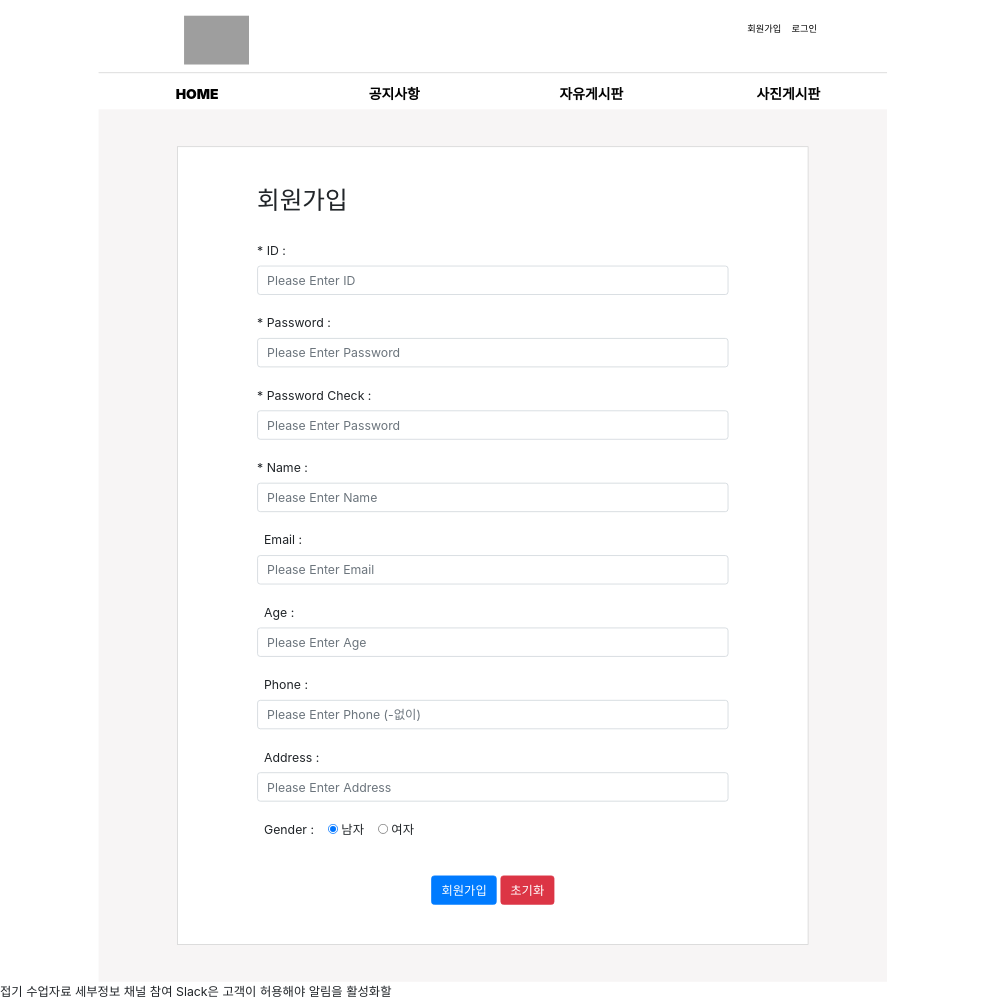
Repository: kimpilgyu0214/new_class
Page: http://localhost/springProject/WEB-INF/views/member/enrollForm.jsp
An editor plug-in stored every save of this project. The page is shown before and after the next save, followed by the edit.
The browser window is 1280 px wide. The pictures show the whole page, at 77% of full size.
Pictures or frames that could not be fetched are drawn as grey boxes. The page is served by Tomcat 9. Nobody is signed in. The template is opened directly, without the code that normally fills it, so the values that code supplies are empty.

Above is the page before, as saved 2024-06-18 00:42:01.

After the next save:
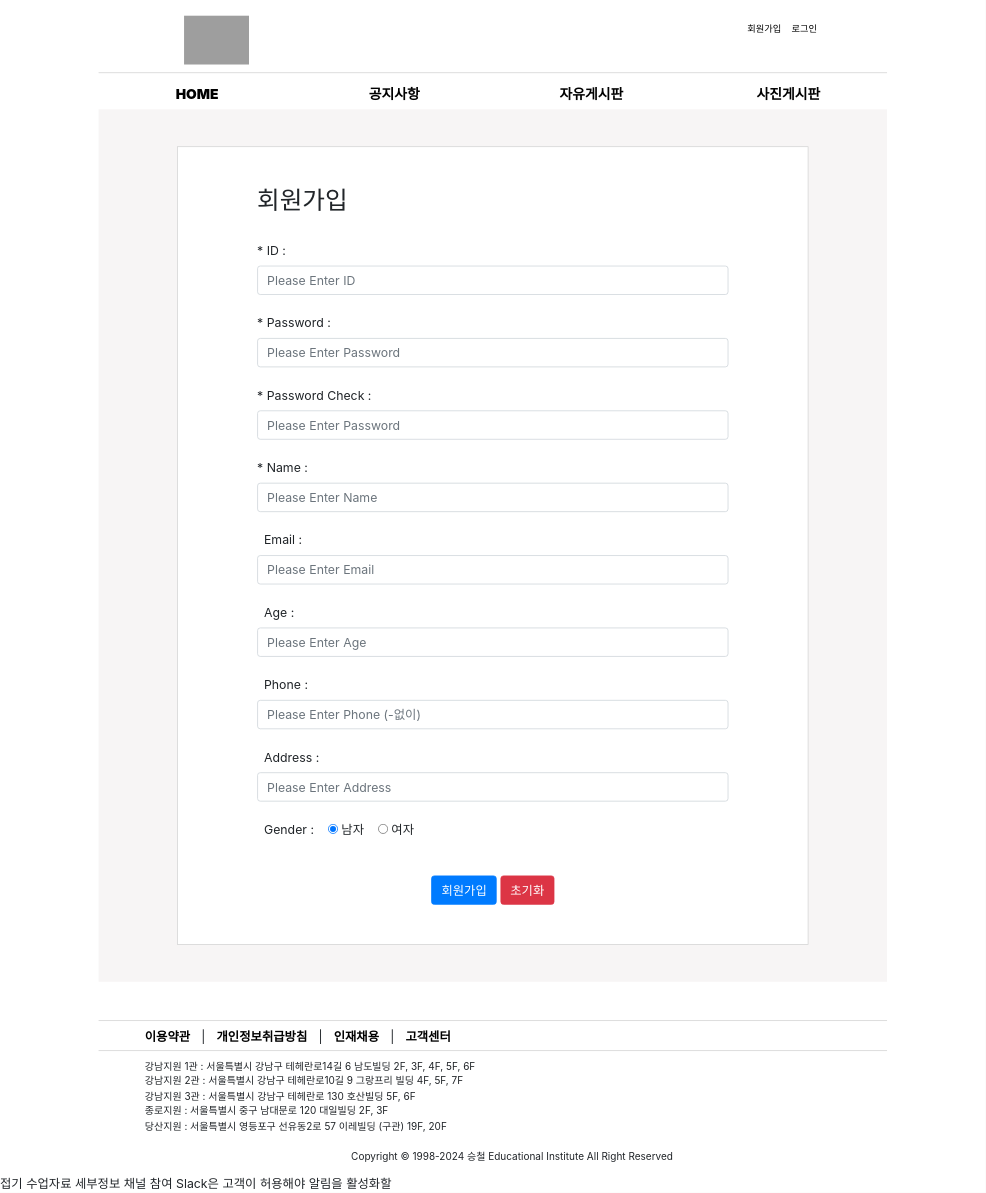
Saved 17 s later.
--- a/springProject/src/main/webapp/WEB-INF/views/member/enrollForm.jsp
+++ b/springProject/src/main/webapp/WEB-INF/views/member/enrollForm.jsp
@@ -62,7 +62,7 @@
     </div>
 
     <!-- 푸터바 -->
-    <jsp:include page="" />
+    <jsp:include page="../common/footer.jsp" />
 
 </body>
 </html>
